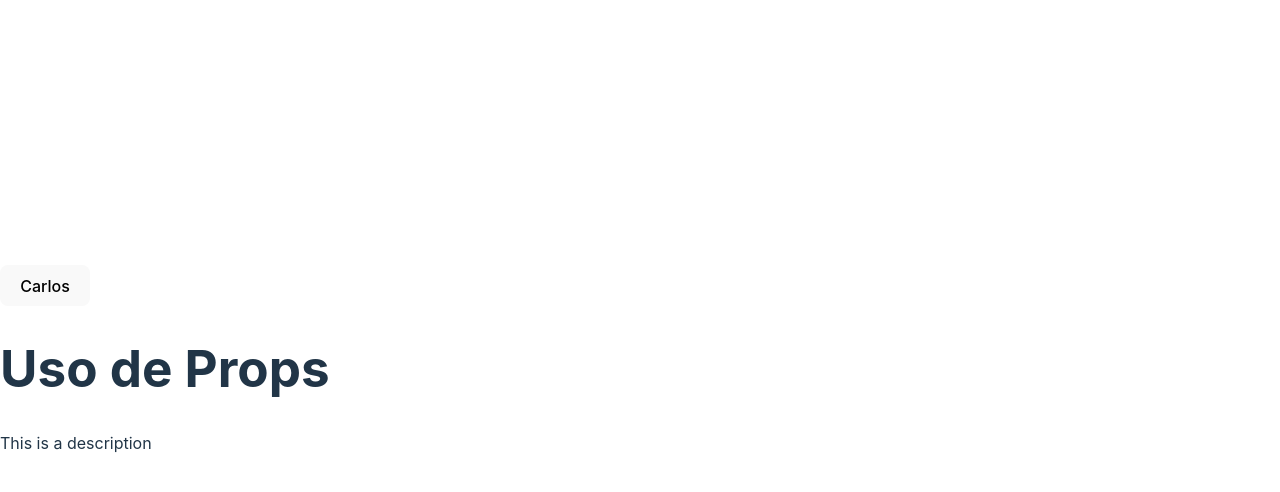
Repository: ikabeee/shopping-car
Page: /
An editor plug-in stored every save of this project. The page is shown before and after a run of saves, followed by the edit.
The browser window is 1280 px wide. The pictures show the whole page.
The project was rebuilt for these pictures with package versions that can differ from the ones it lists, and the page was loaded fresh each time. Also part of the build but not shown: vite.config.ts.

Above is the page before, as saved 2024-10-17 14:45:53.

### index.html
<!doctype html>
<html lang="en">
  <head>
    <meta charset="UTF-8" />
    <link rel="icon" type="image/svg+xml" href="/vite.svg" />
    <meta name="viewport" content="width=device-width, initial-scale=1.0" />
    <title>Carrito de Compras</title>
  </head>
  <body>
    <div id="root"></div>
    <script type="module" src="/src/main.tsx"></script>
  </body>
</html>

### src/App.tsx

//Importar los estilos de bootstrap
import 'bootstrap/dist/css/bootstrap-grid.min.css'
import Button from './components/Button'
import ButtonProps from './components/ButtonProps'

function App() {


  return (
    <>

    <Button/>
    <ButtonProps description='This is a description'/>
    </>
  )
}

export default App

### src/components/Button.tsx
import { useState } from "react"

const Button=()=>{
    const [nameStudent, setNameStudent] = /*Hook*/useState('Carlos');
    const showNameStudent = () =>{
        setNameStudent('Sebastián')
    }
    return(
        <>
        {/*<>Main Tags</> */}

        <button type="button" className="btn btn-primary" onClick={showNameStudent}> {nameStudent}</button>
        </>
    )
}

export default Button

### src/components/ButtonProps.tsx
/*Mediante interfaces*/
interface ButtonProps{
    /*Attributos que los componentes pueden cambiar*/
    description:string,
    disable:boolean,

}
const ButtonProps = ({description, disable}:ButtonProps) => {
    /*description está recibiendo los tipos de datos que está recibiendo el componente*/
    return (
        <>
        <h1>Uso de Props</h1>
        {description}
        </>

    )
}

export default ButtonProps

Loaded but not shown: src/main.tsx (common file); src/index.css (common file)

After the next 6 saves:
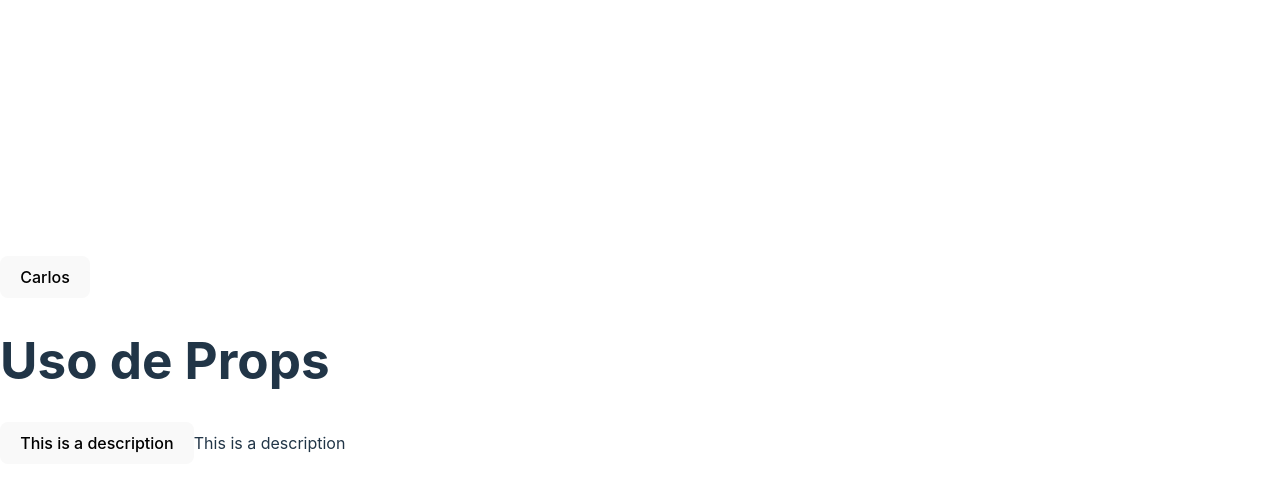
The 6 saves are shown as one change because they came seconds apart.
The last was saved 42 s later.
--- a/src/components/ButtonProps.tsx
+++ b/src/components/ButtonProps.tsx
@@ -10,6 +10,7 @@ const ButtonProps = ({description, disable}:ButtonProps) => {
     return (
         <>
         <h1>Uso de Props</h1>
+        <button>{description}</button>
         {description}
         </>
 
